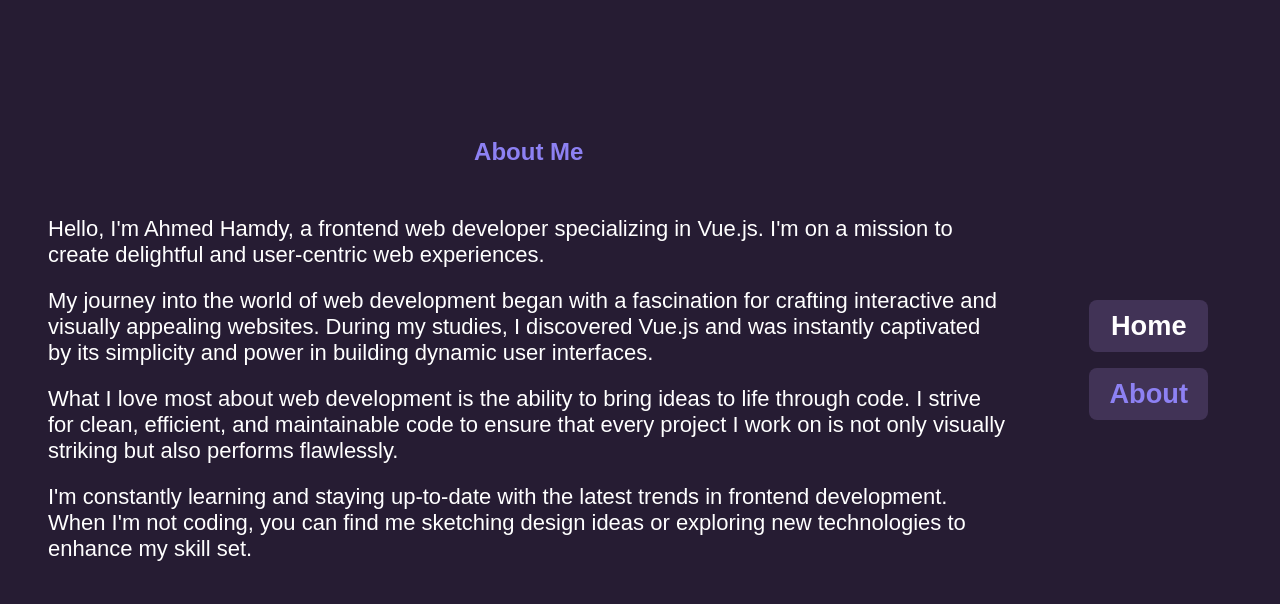
Repository: ahamdy997/portfolio
Page: /about
The author's editor kept a copy of each file at every save. The page is drawn from the files as they stood at one save, then again after the next save.
The browser window is 1280 px wide. The pictures show the whole page.
The project was rebuilt for these pictures with package versions that can differ from the ones it lists, and the page was loaded fresh each time. Also part of the build but not shown: vue.config.js, src/components/HelloWorld.vue, src/views/HomeView.vue.

Above is the page before, as saved 2023-11-05 23:10:25.

### src/App.vue
<template>
  <div class="flex">
    <router-view />
    <header>
      <nav>
        <router-link to="/">Home</router-link>
        <router-link to="/about">About</router-link>
      </nav>
    </header>
  </div>
</template>

<style>
* {
  box-sizing: border-box;
  padding: 0;
  margin: 0;
}
#app {
  width: 100%;
  height: 100vh;
  display: flex;
  align-items: center;
  justify-content: space-between;
  text-align: center;
}
.flex {
  display: flex;
  align-items: center;
  justify-content: space-between;
  padding: 3rem;
  gap: 5rem;
  width: 100%;
}
header {
  font-size: 1.7rem;
}

nav {
  text-align: center;
  display: flex;
  flex-direction: column;
  gap: 1rem;
  margin-right: 1.5rem;
}
body {
  font-family: sans-serif;
  background: #261c33;
  color: #fff;
}
nav a {
  font-weight: bold;
  color: #fff;
  text-decoration: none;
  border-radius: 8px;
  background-color: #56447092;
  padding: 10px 20px;
}
a:hover {
  color: rgba(137, 147, 200, 0.7);
}

nav a.router-link-exact-active {
  color: #8d81f3;
}
</style>

### src/views/AboutView.vue
<template>
  <div class="about">
    <h2>About Me</h2>
    <p>
      Hello, I'm Ahmed Hamdy, a frontend web developer specializing in Vue.js.
      I'm on a mission to create delightful and user-centric web experiences.
    </p>
    <p>
      My journey into the world of web development began with a fascination for
      crafting interactive and visually appealing websites. During my studies, I
      discovered Vue.js and was instantly captivated by its simplicity and power
      in building dynamic user interfaces.
    </p>
    <p>
      What I love most about web development is the ability to bring ideas to
      life through code. I strive for clean, efficient, and maintainable code to
      ensure that every project I work on is not only visually striking but also
      performs flawlessly.
    </p>
    <p>
      I'm constantly learning and staying up-to-date with the latest trends in
      frontend development. When I'm not coding, you can find me sketching
      design ideas or exploring new technologies to enhance my skill set.
    </p>
  </div>
</template>
<style scoped>
p {
  margin-bottom: 20px;
}
.about h2 {
  text-align: center;
  margin-bottom: 50px;
  font-size: 1.5rem;
  color: #8d81f3;
}
.about {
  text-align: start;
  font-size: 22px;
}
</style>

Loaded but not shown: public/index.html (common file); src/main.js (common file); src/router/index.js (common file)

After the next save:
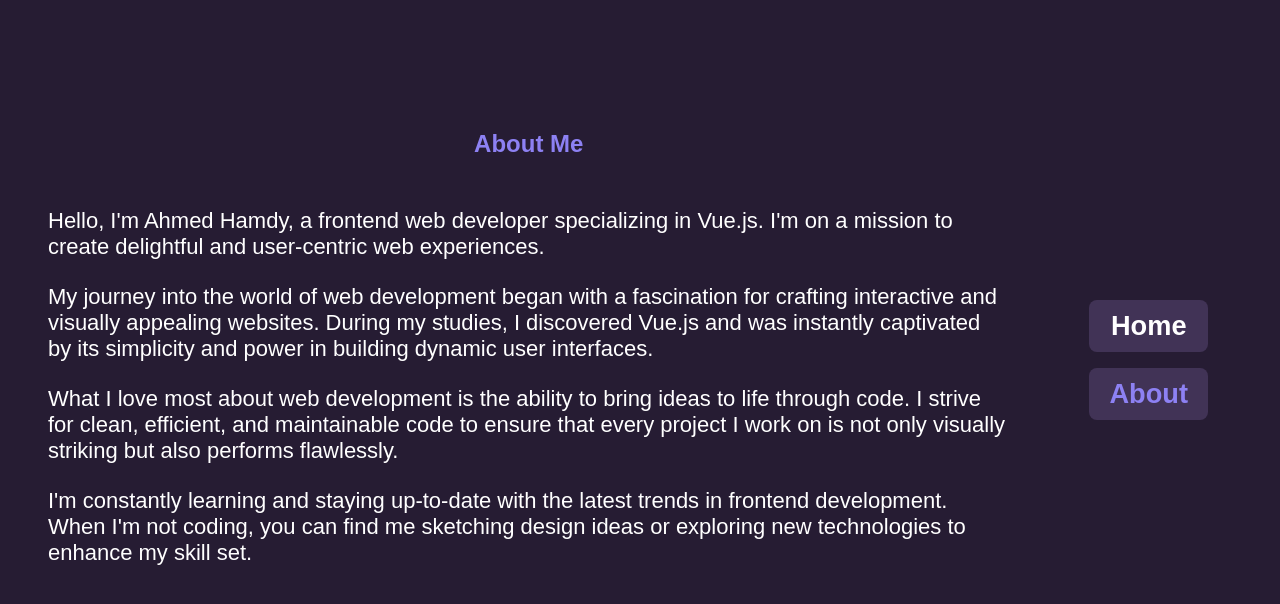
Saved 23 s later.
--- a/src/views/AboutView.vue
+++ b/src/views/AboutView.vue
@@ -26,7 +26,7 @@
 </template>
 <style scoped>
 p {
-  margin-bottom: 20px;
+  margin-bottom: 1.5rem;
 }
 .about h2 {
   text-align: center;
